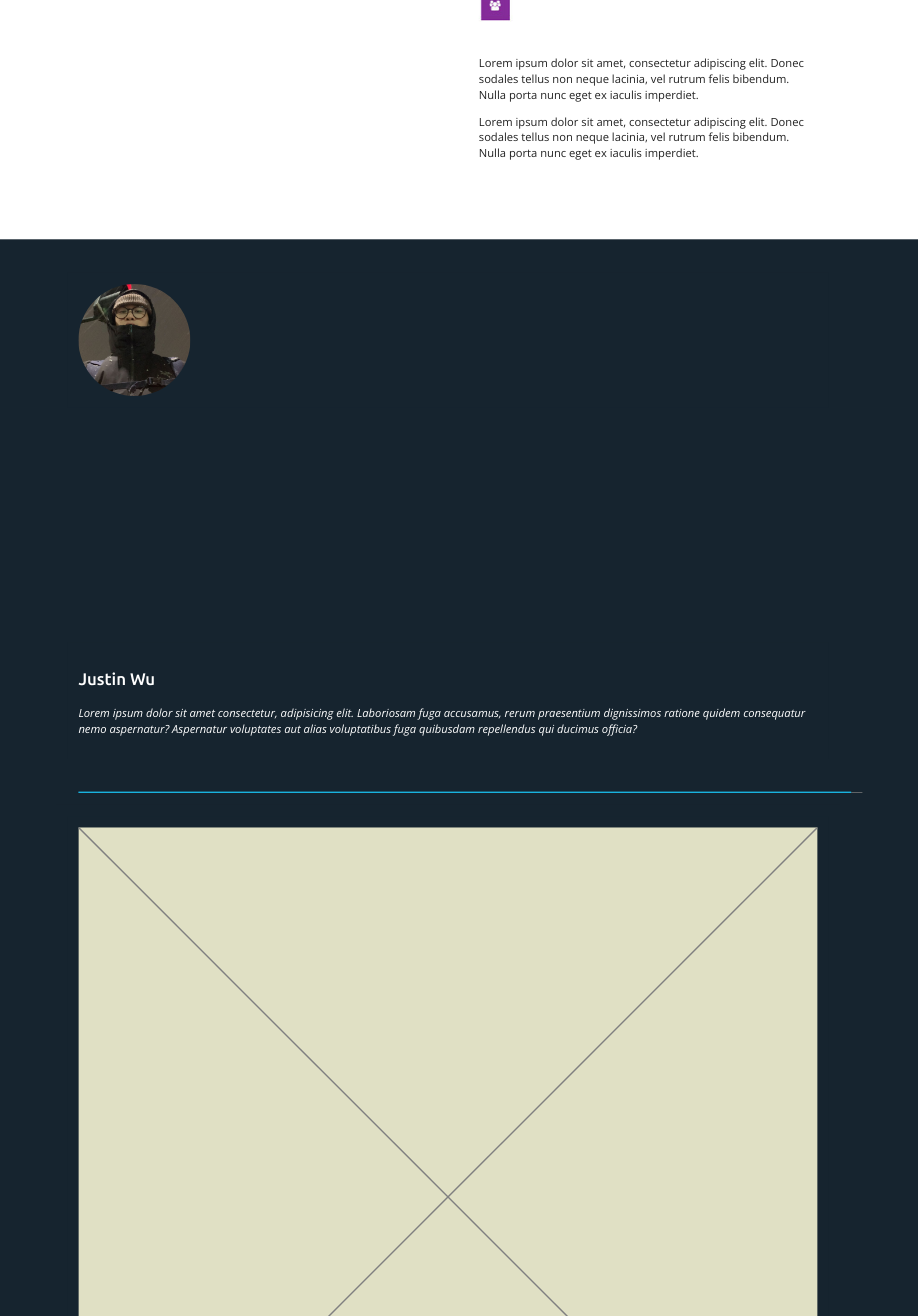
Repository: justinweiyungwu/week4project1v2
Page: cssgrid/index.html
An editor plug-in stored every save of this project. The page is shown before and after the next save, followed by the edit.
The browser window is 1280 px wide. The page is 1312 px wide, so the pictures cover 1312 px, including what lies to the right of the window. The pictures show the part of the page from y = 2697 to 4577 px (the page is 11660 px tall before and 11826 px after), at 70% of full size.

Above is the page before, as saved 2023-02-03 15:19:42.

### cssgrid/index.html
<!doctype html>
<html class="no-js" lang="en">

<head>
    <meta charset="utf-8">
    <title>Metrolics: Justin, Kyle, Jacob</title>
    <meta name="description" content="">
    <meta name="viewport" content="width=device-width, initial-scale=1">

    <link rel="manifest" href="site.webmanifest">
    <link rel="apple-touch-icon" href="icon.png">
    <!-- Place favicon.ico in the root directory -->

    <!-- Google Fonts used in Metrolics layout -->
    <link rel="preconnect" href="https://fonts.googleapis.com">
    <link rel="preconnect" href="https://fonts.gstatic.com" crossorigin>
    <link
        href="https://fonts.googleapis.com/css2?family=Open+Sans:ital,wght@0,400;0,700;1,400&family=Ubuntu:ital,wght@0,300;0,500;1,300&display=swap"
        rel="stylesheet">

    <link rel="stylesheet" href="css/normalize.css">
    <link rel="stylesheet" href="css/main.css">

    <meta name="theme-color" content="#fafafa">
</head>

<body>
    <header>
        <div class="navbar">
            <div class="item1">
                <h1>Metrolics</h1>
            </div>
            <div class="item2">
                <img class="menu" src="img/burger.png" alt="menu">
            </div>


        </div>


    </header>
    <div class="top row-col-container">
        <div class="row">
            <div class="col">
                <h1 class="top-rol-col-text">Hello guys!
                    This is the Metrolics theme. It sports a responsive layout with a mobile layout.
                </h1>
            </div>
        </div>
    </div>
    <div class="s-hide m-hide">
        <div class="row">
            <div class="col">
                <h1>CSS Grid</h1>
            </div>
        </div>
    </div>
    <div class="top title-container">
        <h1 class="top-title">Things That We Do</h1>
        <p>Ask us what we can do for you</p>
    </div>
    <div class="middle row-col-container">
        <div class="row m-col-2 l-col-4">
            <div class="col">

                <img src="img/Web-Solution-Icon.png" alt="">
            </div>
            <div class="col">
                <img src="img/Photography-Icon.png" alt="">
            </div>
            <div class="col">
                <img src="img/Web-Development-Icon.png" alt="">
            </div>
            <div class="col">
                <img src="img/Web-Design-Icon.png" alt="">
            </div>
        </div>
    </div>

    <div class="title-container">
        <h1 class="middle-title">What's Up Lately?</h1>
        <p>Read up on our latest work</p>
    </div>

<div class="row m-col-2 l-col-3">
    <div class="sml-photo col">
        <img src="img/Dj-Deck.png" alt="image">
        <div class="row-bottom-col">
            <div class="left-text">
                <h2>Sample Photo Post</h2>
                <p>Photography</p>
            </div>
            <div class="right-box">
                <img src="img/camera.png" alt="image">
            </div>
        </div>
    </div>
    <div class="sml-photo col">
        <img src="img/Dj-Deck.png" alt="image">
        <div class="row-bottom-col">
            <div class="left-text">
                <h2>Sample Photo Post</h2>
                <p>Photography</p>
            </div>
            <div class="right-box">
                <img src="img/camera.png" alt="image">
            </div>
        </div>
    </div>
    <div class="sml-photo col">
        <img src="img/Dj-Deck.png" alt="image">
        <div class="row-bottom-col">
            <div class="left-text">
                <h2>Sample Photo Post</h2>
                <p>Photography</p>
            </div>
            <div class="right-box">
                <img src="img/camera.png" alt="image">
            </div>
        </div>
    </div>

    <div class="sml-photo mission col">
        <img src="img/mission.jpg" alt="image">
        <div class="row-bottom-col">
            <div class="left-text">
                <h2>Sample Photo Post</h2>
                <p>Photography</p>
            </div>
            <div class="right-box">
                <img src="img/camera.png" alt="image">
            </div>
        </div>
    </div>
</div>
        <div class="title-container">
            <h1>Our Latest Projects</h1>
            <p>Cilent happy? We are happy.</p>
        </div>

    <div class="row m-col-2 l-col-3">
    <div class="sml-photo col">
        <img src="img/Dj-Deck.png" alt="image">
        <div class="row-bottom-col">
            <div class="left-text">
                <h2>Sample Photo Post</h2>
                <p>Photography</p>
            </div>
            <div class="right-box">
                <img src="img/camera.png" alt="image">
            </div>
        </div>
    </div>
    <div class="sml-photo col">
        <img src="img/Dj-Deck.png" alt="image">
        <div class="row-bottom-col">
            <div class="left-text">
                <h2>Sample Photo Post</h2>
                <p>Photography</p>
            </div>
            <div class="right-box">
                <img class="icon" src="img/camera.png" alt="image">
            </div>
        </div>
    </div>


    <div class="sml-photo col">
        <img src="img/Dj-Deck.png" alt="image">
        <div class="row-bottom-col">
            <div class="left-text">
                <h2>Sample Photo Post</h2>
                <p>Photography</p>
            </div>
            <div class="right-box">
                <img src="img/camera.png" alt="image">
            </div>
        </div>
    </div>


    <div class="sml-photo col">
        <img src="img/Dj-Deck.png" alt="image">
        <div class="row-bottom-col">
            <div class="left-text">
                <h2>Sample Photo Post</h2>
                <p>Photography </p>
            </div>
            <div class="right-box">
                <img src="img/camera.png" alt="image">
            </div>
        </div>
    </div>



    <div class="sml-photo col">
        <img src="img/Dj-Deck.png" alt="image">
        <div class="row-bottom-col">
            <div class="left-text">
                <h2>Sample Photo Post</h2>
                <p>Photography</p>
            </div>
            <div class="right-box">
                <img src="img/camera.png" alt="image">
            </div>
        </div>
    </div>
    <div class="sml-photo col">
        <img src="img/Dj-Deck.png" alt="image">
        <div class="row-bottom-col">
            <div class="left-text">
                <h2>Sample Photo Post</h2>
                <p>Photography</p>
            </div>
            <div class="right-box">
                <img src="img/camera.png" alt="image">
            </div>
        </div>
    </div>
    </div>
    </div>
</div>


    <div class="bottom">
        <div class="row m-col-3 l-col-2">
            <div class="col m-row-span">
                <div class="grid m-col-3">
                    <div class="col">
                        <h1>Grid</h1>
                    </div>
                    <div class="col">
                        <h1>Grid</h1>
                    </div>
                    <div class="col">
                        <h1>Grid</h1>
                    </div>

                </div>
            </div>
            <div class="col">
                <h1>CSS Grid</h1>
            </div>
            <div class="col">
                <h1>CSS Grid</h1>
            </div>
            <div class="col">
                    <div class="bottom-icons">
                        <img src="img/Potion-Icon.png">
                        <img src="img/Leaf-Icon.png">
                        <img src="img/Computer-Icon.png">
                        <img src="img/People-Icon.png">
                    </div>
                    <div class="col">
                        <p>Lorem ipsum dolor sit amet, consectetur adipiscing elit. Donec sodales tellus non neque lacinia, vel rutrum felis bibendum. Nulla porta nunc eget ex iaculis imperdiet.</p>
                        <p>Lorem ipsum dolor sit amet, consectetur adipiscing elit. Donec sodales tellus non neque lacinia, vel rutrum felis bibendum. Nulla porta nunc eget ex iaculis imperdiet.</p>
                    </div>
            </div>
        </div>
    </div>
    <footer>
        <div class="footer-grid-container">
            <div class="top-footer-image row">
                <div class="top-footer col">
                    <img class="footer-image" src="img/me.jpg" alt="image">
                </div>
            </div>
            <div class="top-footer-info row">
                <div class="top-footer col">
                    <h2>Justin Wu</h2>
                    <p>Lorem ipsum dolor sit amet consectetur, adipisicing elit.
                        Laboriosam fuga accusamus, rerum praesentium dignissimos ratione quidem consequatur nemo
                        aspernatur? Aspernatur voluptates aut alias voluptatibus fuga quibusdam repellendus qui ducimus
                        officia?</p>
                </div>
            </div>
        </div>
        <hr class="top-footer border">
        <hr class="top-footer border1">
        <div class="mid-footer row">
            <div class="mid-footer col">
                <img src="placeholder.svg" alt="">
                <img src="placeholder.svg" alt="">
                <img src="placeholder.svg" alt="">
                <img src="placeholder.svg" alt="">
                <img src="placeholder.svg" alt="">
            </div>
            <div class="mid-footer col">
                <h2>Recent Tweets</h2>
                <hr class="title-border">
            </div>
            <div class="grid-container two">
                <div class="bottom-footer row">
                    <div class="bottom-footer col">
                        <img src="placeholder.svg" alt="">
                        <img src="placeholder.svg" alt="">
                    </div>
                </div>
                <div class="bottom-footer row">
                    <div class="bottom-footer col">
                        <p>Lorem ipsum dolor sit amet consectetur adipisicing elit. Provident fuga ad cum beatae,
                            eveniet hic incidunt commodi aperiam eligendi alias adipisci delectus quas quaerat sunt
                            accusantium dignissimos id esse possimus.</p>
                        <p>Lorem ipsum dolor sit amet consectetur adipisicing elit. Provident fuga ad cum beatae,
                            eveniet hic incidunt commodi aperiam eligendi alias adipisci delectus quas quaerat sunt
                            accusantium dignissimos id esse possimus.</p>
                    </div>
                </div>
            </div>
        </div>
    </footer>
    <script src="js/vendor/modernizr-3.11.2.min.js"></script>
    <script src="js/plugins.js"></script>
    <script src="js/main.js"></script>

</body>

</html>

### cssgrid/css/main.css
/* ==========================================================================
    [Table of contents]

    1. BASE
        1.1 Page Rendering Defaults
        1.2 Core Styling
        1.3 Typography
    2. LAYOUT
        2.1 Core Layout
        2.2 Small only
        2.3 medium and up
        2.4 Medium only
        2.5 large screens and up
        2.6 Large only
    3. MODULES
    4. STATES
    5. THEME
    6. UTILITY classes
    7. PRINT

    refer to http://smacss.com/
    ========================================================================== */


/* ==========================================================================
   BASE
   ========================================================================== */


/* 1.1 Page Rendering Defaults */

html {
    color: #222;
    font-size: 1em;
    line-height: 1.4;

}

::-moz-selection {
    background: #b3d4fc;
    text-shadow: none;
}

::selection {
    background: #b3d4fc;
    text-shadow: none;
}

hr {
    display: block;
    height: 1px;
    border: 0;
    border-top: 1px solid #ccc;
    margin: 1em 0;
    padding: 0;
}

audio,
canvas,
iframe,
img,
svg,
video {
    vertical-align: middle;
}

fieldset {
    border: 0;
    margin: 0;
    padding: 0;
}

textarea {
    resize: vertical;
}


/* 1.2 Core Styling */


/* refer to https://css-tricks.com/box-sizing/ */

*,
*:before,
*:after {
    box-sizing: border-box;
}
.bottom-icons{
width: 5rem;
gap: 5rem;
}

img {
    width: 100%;
}


/* 1.3 Typgraphy */

h1,
h2,
h3,
h4,
h5,
h6 {
    font-family: Ubuntu, sans-serif;
    font-weight: 300;
    text-align: center;
}

p {
    font-family: 'Open Sans', Arial, Helvetica, sans-serif;
}
.title-container p {
    font-size: 0.9em;
    color: gray;
}

.left-text h2{
    font-size: 20px;
    font-weight: 500;
    color: #fff;
}
.left-text p{
    font-size: 14px;
    font-weight: 400;
    color: #fff;
}


.top-footer-info p {
    font-style: italic;
}
.top-footer-info h2 {
    text-align: left;
    font-weight: 400;
}
.border {
    border-color: gray;
    position: relative;
    right: -1em;
    margin-left: 9em;
    z-index: 1;

}

.border1 {
border-color: #19b2de;
margin-top: -1.2em;
margin-left: 3em;
border-width: 2px;
z-index: 2;


}
.title-border {
    border-color: red;
}

.mid-footer h2{
     text-align: left;

}

/* ==========================================================================
   2. LAYOUT
   ========================================================================== */
.menu
{
    min-width: 3em;
    max-width: 3em;
}

/* Helper to display empty layout containers*/

div,
main,
section,
footer,
header {

    min-height: 1rem;
    padding: 1rem;
}



/* 2.1 Core layout */

.row {
    display: grid;
    row-gap: 1rem;
}

.col {
    position: relative;
    background-color: rgb(255, 255, 255);
    object-fit: fill;
}
.top {
    margin-top: -4em;
    margin-bottom: -2em;
}
.title-container {
    display: grid;
text-align: center;
justify-content: center;
line-height: 0.7em;
}

.navbar {
    display: grid;
    align-items: center;
  grid-template-columns: 3fr 1fr;
  gap: 4em;

}
/*photo box*/

.sml-photo img{
    max-height: 15em;
    object-fit: cover;
}
.row-bottom-col {
    display: grid;
    grid-template-columns: 3fr 1fr;
    background-color: #19b2de;
    padding: 0%;
}

.left-text {
    display: flex;
    flex-wrap: wrap;
    align-items: flex-start;
    flex-direction: column;
line-height: 0em;
min-width: 90%;
}
.right-box {
   max-width: 6em;
}

/*end*/

/*footer*/

footer {
 display: grid;
 justify-content: center;
    background-color: #16242f;
    margin: 2em -2em -2em -2em;
    padding: 1em;
}
.footer-grid-container{
    align-items: flex-start;
    justify-content: center;
}
.top-footer-image {
    padding-bottom: 20em;
}


.footer-image {

    object-fit: cover;
    border-radius: 50%;
    min-width: 10em;
    min-height: 10em;
    max-height: 10em;
    max-width: 10em;

}
.top-footer, .mid-footer, .bottom-footer{
 background-color: #16242f;
 color: #fff;
}
/*end*/

/* 2.2 Small only */

@media screen and (max-width: 39.9375em) {

    body {
        padding: 2em;
    }
    .s-hide {
        display: none;

    }



 .grid-container {
    display: grid;
 }



       .bottom {
        display: none;
       }
     .footer-grid-container {
        display: grid;
        grid-template-columns: 0fr 1fr;
        margin-bottom: 2em;

     }
     .two {
        margin-bottom: 8rem;

     }
    }



/* 2.3 medium and up */

@media screen and (min-width: 40em) {
    .row {
        max-width: 70rem;
        column-gap: 1.5rem;
        row-gap: 1.5rem;
        margin: 0 auto;
    }
    .grid {
        display: grid;
        column-gap: 0.5rem;
        row-gap: 0.5rem;
    }
    .title-container {
        max-width: 100%;
    }
    .m-col-2 {
        grid-template-columns: 1fr 1fr;
    }
    .m-col-3 {
        grid-template-columns: repeat(3, 1fr);
    }
    .m-col-4 {
        grid-template-columns: repeat(4, 1fr);
    }
    .m-col-5 {
        grid-template-columns: repeat(5, 1fr);
    }
    .m-1-2 {
        grid-template-columns: 1fr 2fr;
    }
}


/* 2.4 Medium only */

@media screen and (min-width: 40em) and (max-width: 63.9375em) {
    .m-row-span {
        grid-column-start: 1;
        grid-column-end: -1;
    }
    .m-hide {
        display: none;
    }

}


/* 2.5 large screens and up 2.6 Large only */

@media screen and (min-width: 64em) {
    .l-col-2 {
        grid-template-columns: 1fr 1fr;
    }
    .l-col-3 {
        grid-template-columns: repeat(3, 1fr);
    }
    .l-col-4 {
        grid-template-columns: repeat(4, 1fr);
    }
    .l-col-5 {
        grid-template-columns: repeat(5, 1fr);
    }
    .l-col-6 {
        grid-template-columns: repeat(6, 1fr);
    }
    .l-row-span {
        grid-column-start: 1;
        grid-column-end: -1;
    }
    .l-hide {
        display: none;
    }
    .left-text h2 {
        font-size: 1em;
    }
    .left-text p {
        font-size: 0.7em;
    }
    .mission {
        display: none;
    }

}


/* ==========================================================================
   2. MODULES
   ========================================================================== */


/* ==========================================================================
   2. STATES
   ========================================================================== */


/* ==========================================================================
   5. THEME
   ========================================================================== */



/* ==========================================================================
   6. UTILITY classes
   ========================================================================== */


/*
 * Hide visually and from screen readers
 */

.hidden,
[hidden] {
    display: none !important;
}


/*
 * Hide only visually, but have it available for screen readers:
 * https://snook.ca/archives/html_and_css/hiding-content-for-accessibility
 *
 * 1. For long content, line feeds are not interpreted as spaces and small width
 *    causes content to wrap 1 word per line:
 *    https://medium.com/@jessebeach/beware-smushed-off-screen-accessible-text-5952a4c2cbfe
 */

.sr-only {
    border: 0;
    clip: rect(0, 0, 0, 0);
    height: 1px;
    margin: -1px;
    overflow: hidden;
    padding: 0;
    position: absolute;
    white-space: nowrap;
    width: 1px;
    /* 1 */
}


/*
 * Extends the .sr-only class to allow the element
 * to be focusable when navigated to via the keyboard:
 * https://www.drupal.org/node/897638
 */

.sr-only.focusable:active,
.sr-only.focusable:focus {
    clip: auto;
    height: auto;
    margin: 0;
    overflow: visible;
    position: static;
    white-space: inherit;
    width: auto;
}


/*
 * Hide visually and from screen readers, but maintain layout
 */

.invisible {
    visibility: hidden;
}


/*
 * Clearfix: contain floats
 *
 * For modern browsers
 * 1. The space content is one way to avoid an Opera bug when the
 *    `contenteditable` attribute is included anywhere else in the document.
 *    Otherwise it causes space to appear at the top and bottom of elements
 *    that receive the `clearfix` class.
 * 2. The use of `table` rather than `block` is only necessary if using
 *    `:before` to contain the top-margins of child elements.
 */

.clearfix::before,
.clearfix::after {
    content: " ";
    display: table;
}

.clearfix::after {
    clear: both;
}

@media print,
(-webkit-min-device-pixel-ratio: 1.25),
(min-resolution: 1.25dppx),
(min-resolution: 120dpi) {
    /* Style adjustments for high resolution devices */
}


/* ==========================================================================
   7. PRINT  styles.
   Inlined to avoid the additional HTTP request:
   https://www.phpied.com/delay-loading-your-print-css/
   ========================================================================== */

@media print {
    *,
    *::before,
    *::after {
        background: #fff !important;
        color: #000 !important;
        /* Black prints faster */
        box-shadow: none !important;
        text-shadow: none !important;
    }
    a,
    a:visited {
        text-decoration: underline;
    }
    a[href]::after {
        content: " (" attr(href) ")";
    }
    abbr[title]::after {
        content: " (" attr(title) ")";
    }
    /*
   * Don't show links that are fragment identifiers,
   * or use the `javascript:` pseudo protocol
   */
    a[href^="#"]::after,
    a[href^="javascript:"]::after {
        content: "";
    }
    pre {
        white-space: pre-wrap !important;
    }
    pre,
    blockquote {
        border: 1px solid #999;
        page-break-inside: avoid;
    }
    /*
   * Printing Tables:
   * https://web.archive.org/web/20180815150934/http://css-discuss.incutio.com/wiki/Printing_Tables
   */
    thead {
        display: table-header-group;
    }
    tr,
    img {
        page-break-inside: avoid;
    }
    p,
    h2,
    h3 {
        orphans: 3;
        widows: 3;
    }
    h2,
    h3 {
        page-break-after: avoid;
    }
}

### cssgrid/js/plugins.js
// Avoid `console` errors in browsers that lack a console.
(function() {
  var method;
  var noop = function () {};
  var methods = [
    'assert', 'clear', 'count', 'debug', 'dir', 'dirxml', 'error',
    'exception', 'group', 'groupCollapsed', 'groupEnd', 'info', 'log',
    'markTimeline', 'profile', 'profileEnd', 'table', 'time', 'timeEnd',
    'timeline', 'timelineEnd', 'timeStamp', 'trace', 'warn'
  ];
  var length = methods.length;
  var console = (window.console = window.console || {});

  while (length--) {
    method = methods[length];

    // Only stub undefined methods.
    if (!console[method]) {
      console[method] = noop;
    }
  }
}());

// Place any jQuery/helper plugins in here.

Loaded but not shown: cssgrid/css/normalize.css (library); cssgrid/js/vendor/modernizr-3.11.2.min.js (library); cssgrid/js/main.js (no stored copy; drawn as an empty file)

After the next save:
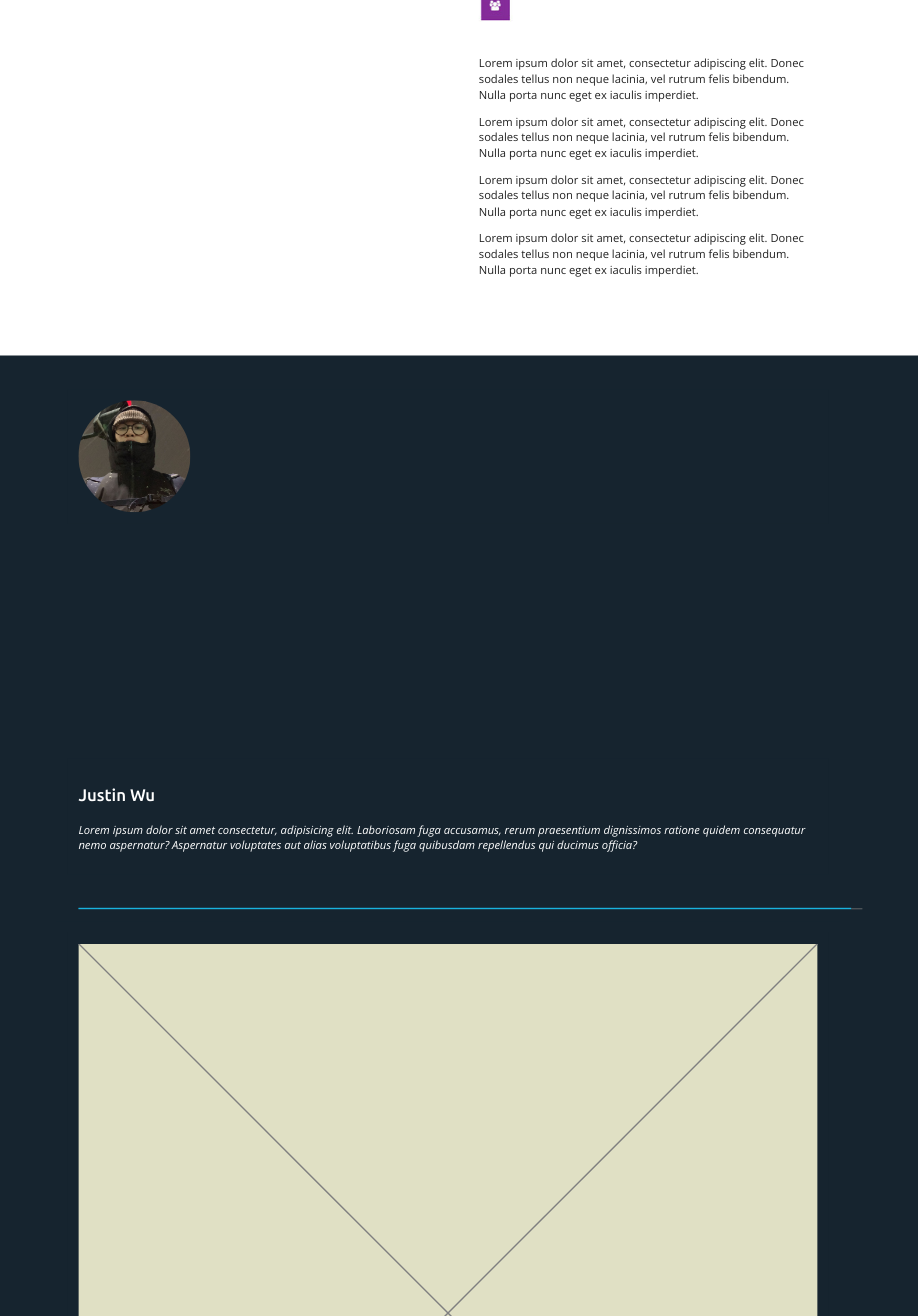
Saved 13 s later.
--- a/cssgrid/index.html
+++ b/cssgrid/index.html
@@ -253,6 +253,8 @@
                         <img src="img/People-Icon.png">
                     </div>
                     <div class="col">
+                        <p>Lorem ipsum dolor sit amet, consectetur adipiscing elit. Donec sodales tellus non neque lacinia, vel rutrum felis bibendum. Nulla porta nunc eget ex iaculis imperdiet.</p>
+                        <p>Lorem ipsum dolor sit amet, consectetur adipiscing elit. Donec sodales tellus non neque lacinia, vel rutrum felis bibendum. Nulla porta nunc eget ex iaculis imperdiet.</p>
                         <p>Lorem ipsum dolor sit amet, consectetur adipiscing elit. Donec sodales tellus non neque lacinia, vel rutrum felis bibendum. Nulla porta nunc eget ex iaculis imperdiet.</p>
                         <p>Lorem ipsum dolor sit amet, consectetur adipiscing elit. Donec sodales tellus non neque lacinia, vel rutrum felis bibendum. Nulla porta nunc eget ex iaculis imperdiet.</p>
                     </div>
